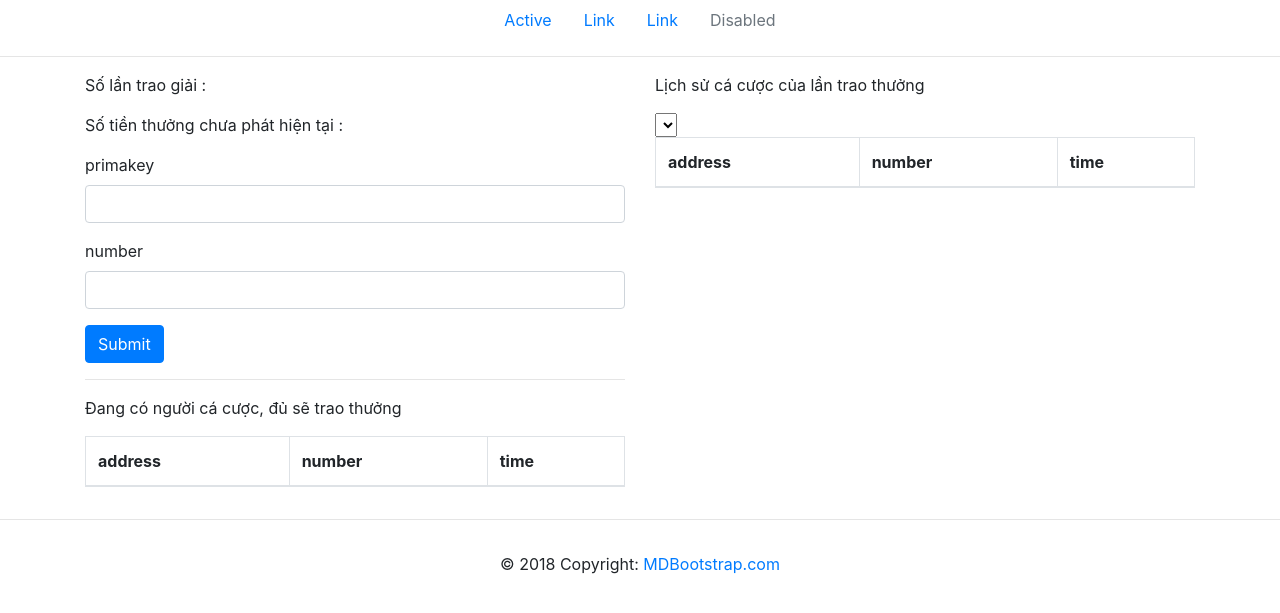
Repository: tienvins/vinsofts-blockchain-training-Oct2018
Page: views/home/index.ejs
The author's editor kept a copy of each file at every save. The page is drawn from the files as they stood at one save, then again after the next save.
The browser window is 1280 px wide. The pictures show the whole page.
The page is served by the project's Node server (index.js). The template is opened directly, without the code that normally fills it, so the values that code supplies are empty.

Above is the page before, as saved 2018-11-06 14:28:32.

After the next save:
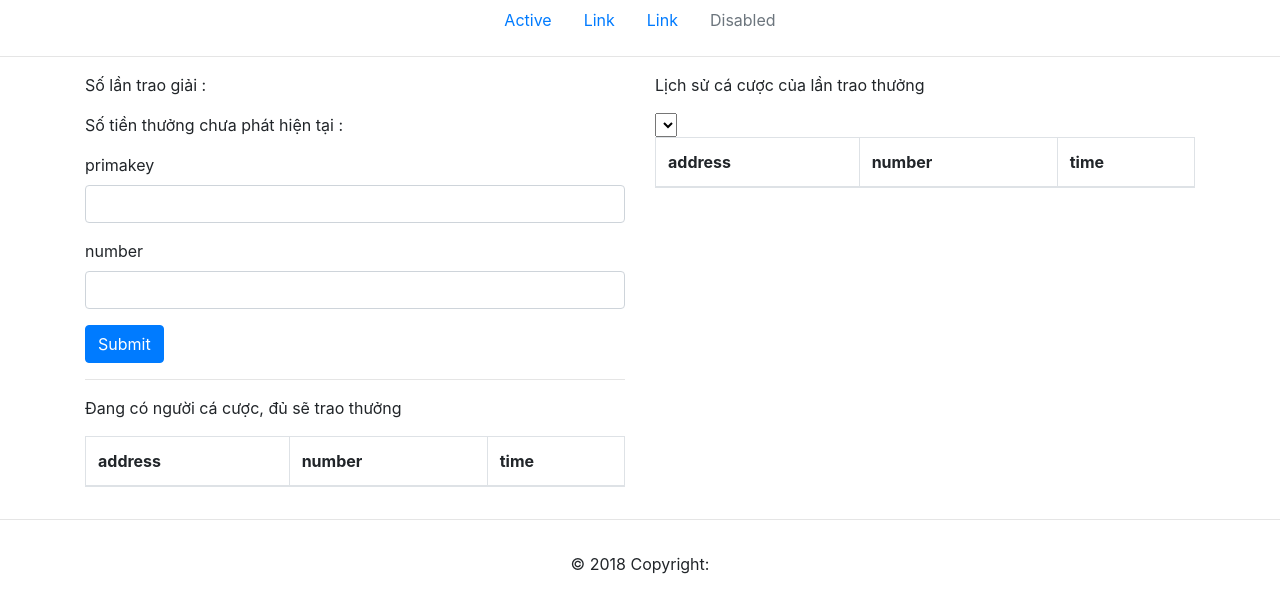
Saved 42 s later.
--- a/tunglt/dappbetting/views/layouts/footer.ejs
+++ b/tunglt/dappbetting/views/layouts/footer.ejs
@@ -3,7 +3,6 @@
 
   <!-- Copyright -->
   <div class="footer-copyright text-center py-3">© 2018 Copyright:
-    <a href="https://mdbootstrap.com/bootstrap-tutorial/"> MDBootstrap.com</a>
   </div>
   <!-- Copyright -->
 
